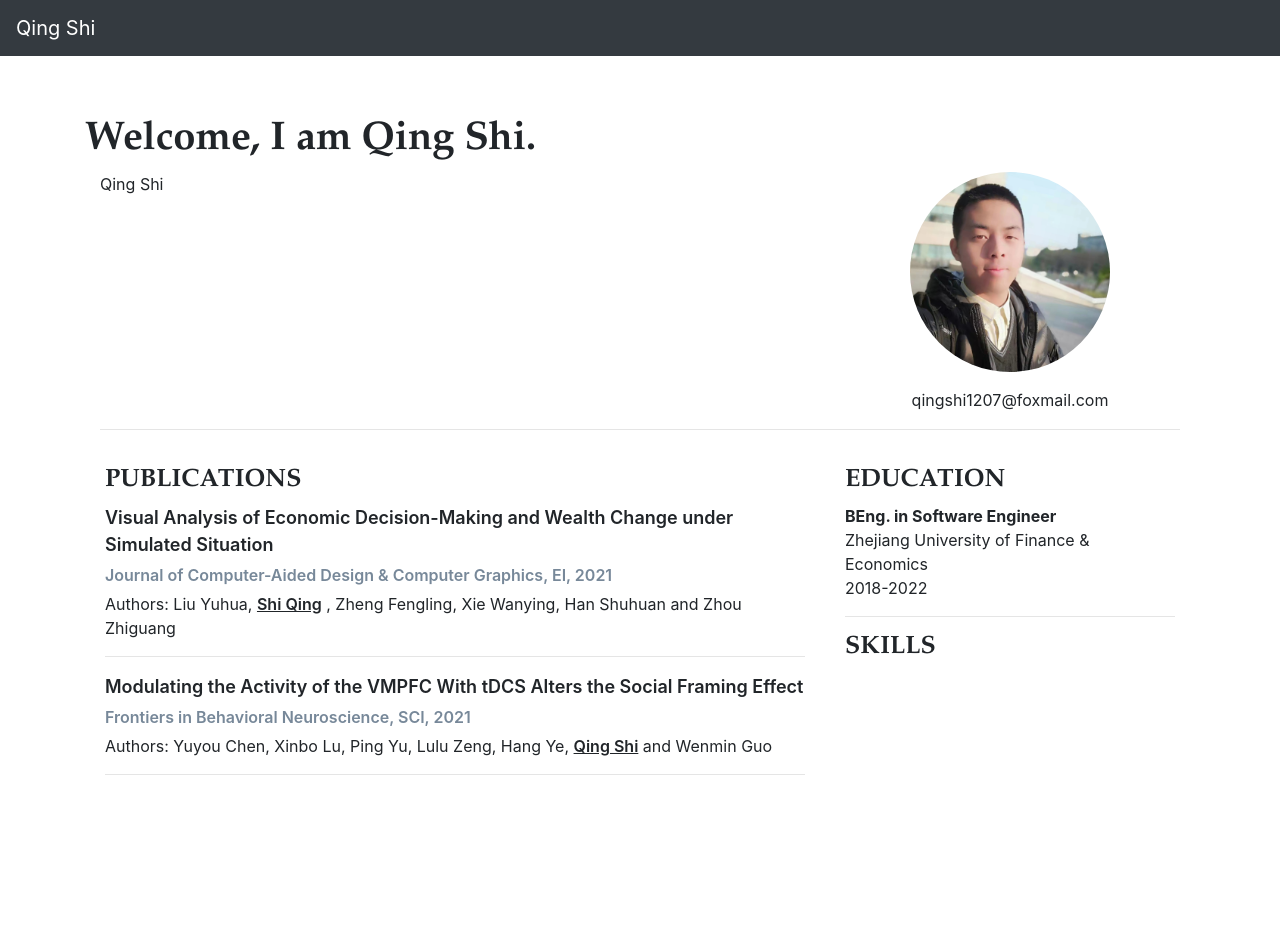
Repository: sqsssq/webpage
Page: index.html
These files come from the project's save history. The page is drawn as it stood at one moment and after the next save; the edit follows.
The browser window is 1280 px wide. The pictures show the whole page.
Some web libraries are served in a nearby version.

Above is the page before, as saved 2022-03-28 10:23:39.

### index.html
<!--
 * @Author: Qing Shi
 * @LastEditTime: 2022-03-28 10:23:39
 * @Knowledge:
 * @Description: my homepage
 * @Attention:
-->
<!doctype html>
<html lang="zh-CN">

<head>
    <!-- 必须的 meta 标签 -->
    <meta charset="utf-8">
    <meta name="viewport" content="width=device-width, initial-scale=1, shrink-to-fit=no">
    <title>Qing Shi</title>

    <!-- 新 Bootstrap4 核心 CSS 文件 -->
    <link rel="stylesheet" href="https://cdn.staticfile.org/twitter-bootstrap/4.3.1/css/bootstrap.min.css">

    <!-- jQuery文件。务必在bootstrap.min.js 之前引入 -->
    <script src="https://cdn.staticfile.org/jquery/3.2.1/jquery.min.js"></script>

    <!-- bootstrap.bundle.min.js 用于弹窗、提示、下拉菜单，包含了 popper.min.js -->
    <script src="https://cdn.staticfile.org/popper.js/1.15.0/umd/popper.min.js"></script>

    <!-- 最新的 Bootstrap4 核心 JavaScript 文件 -->
    <script src="https://cdn.staticfile.org/twitter-bootstrap/4.3.1/js/bootstrap.min.js"></script>

    <link rel="stylesheet" href="css/index.css">
    <link rel="shortcut icon" href="icon/bitbug_favicon.ico" />
</head>

<body>

    <nav class="navbar  navbar-dark bg-dark">
        <a class="navbar-brand" href="#">
            Qing Shi
        </a>

        <!-- <button type="button" class="btn btn-outline-primary">中/EN</button> -->
    </nav>

    <div class="container framework">
        <!-- Image and text -->
        <div class="webHeader row">
            <h1 id="ToptitleFont">Welcome, I am Qing Shi.</h1>
            <!-- <hr> -->
            <div class="webIntroduction col-lg-8">
                Qing Shi
            </div>

            <div class="webPhoto col-lg-4">
                <img src="photo/sq3.jpg">
                <div class="info">
                    <!-- <svg class="svg-inline--fa fa-envelope-square fa-w-14 fa-fw fa-lg mr-2" aria-hidden="true" focusable="false" data-prefix="fas" data-icon="envelope-square" role="img" xmlns="http://www.w3.org/2000/svg" viewBox="0 0 448 512" data-fa-i2svg=""><path fill="currentColor" d="M400 32H48C21.49 32 0 53.49 0 80v352c0 26.51 21.49 48 48 48h352c26.51 0 48-21.49 48-48V80c0-26.51-21.49-48-48-48zM178.117 262.104C87.429 196.287 88.353 196.121 64 177.167V152c0-13.255 10.745-24 24-24h272c13.255 0 24 10.745 24 24v25.167c-24.371 18.969-23.434 19.124-114.117 84.938-10.5 7.655-31.392 26.12-45.883 25.894-14.503.218-35.367-18.227-45.883-25.895zM384 217.775V360c0 13.255-10.745 24-24 24H88c-13.255 0-24-10.745-24-24V217.775c13.958 10.794 33.329 25.236 95.303 70.214 14.162 10.341 37.975 32.145 64.694 32.01 26.887.134 51.037-22.041 64.72-32.025 61.958-44.965 81.325-59.406 95.283-70.199z"></path></svg> -->
                    qingshi1207@foxmail.com
                </div>
            </div>
        </div>
        <hr>
        <div class="webMain row">
            <div class="col-lg-8" style="padding: 20px;">
                <div id="webPublication">
                    <h3 id="titleFont">
                        PUBLICATIONS
                    </h3>
                    <div class="totalPublic">
                        <div class="public">
                            <p class="ptitle">
                                Visual Analysis of Economic Decision-Making and Wealth Change under Simulated Situation
                            </p>

                            <p class="pub">
                                <span class="full">Journal of Computer-Aided Design & Computer Graphics, EI, 2021</span>
                            </p>
                            <p class="pauthor">
                                <span class="author">Authors:&nbsp;Liu Yuhua,</span>
                                <span class="me">Shi Qing</span>
                                <span class="author">, Zheng Fengling, Xie Wanying, Han Shuhuan and Zhou
                                    Zhiguang</span>
                            </p>
                        </div>
                        <hr>
                        <div class="public">
                            <p class="ptitle">
                                Modulating the Activity of the VMPFC With tDCS Alters the Social Framing Effect
                            </p>

                            <p class="pub">
                                <span class="full">Frontiers in Behavioral Neuroscience, SCI, 2021</span>
                            </p>
                            <p class="pauthor">
                                <span class="author">Authors:&nbsp;Yuyou Chen, Xinbo Lu, Ping Yu, Lulu Zeng, Hang Ye,</span>
                                <span class="me">Qing Shi</span>
                                <span class="author"> and Wenmin Guo</span>
                            </p>
                        </div>
                    </div>
                </div>
                <hr>
            </div>
            <div class="col-lg-4" style="padding: 20px;">
                <div id="webEducation">
                    <h3 id="titleFont">
                        <!-- ::before -->
                        EDUCATION
                    </h3>
                    <a style="font-weight: bold;">BEng. in Software Engineer</a>
                    <br>
                    Zhejiang University of Finance & Economics
                    <br>
                    2018-2022
                </div>
                <hr>
                <div id="webSkill">
                    <h3 id="titleFont">SKILLS</h3>
                </div>
            </div>
        </div>
</body>

</html>

### css/index.css
* {
    margin: 0;
    padding: 0;
}

body {
    /* font-family:Georia,serif; */
    background: #ffffff;
    /* font-weight:bold; */
    /* font-size:15px; */
    /* color:#333;
    overflow: hidden; */
    -webkit-font-smoothing: antialiased;
}

.framework {
    /* height: 1000px; */
    margin-top: 30px;
    margin-bottom: 100px;
    padding: 30px 30px 30px 30px;
    width: 90%;
    /* border-color: black; */
    /* border-width: 3px; */
    /* border-style: solid; */
    /* box-shadow: darkgrey 0px 0px 30px 5px ; */
}

/* *, *::before, *::after {
    box-sizing: border-box;
} */

#ToptitleFont {
    /* Garamond */
    font-family: Garamond;
    font-weight: bold;
}

#titleFont {
    /* Garamond */
    font-family: Garamond;
    font-weight: bold;
    font-size: 25px;
}

.public {
}

.public p{
    margin-bottom: 5px;
    line-height: 1.5;

}

.public .ptitle {
    font-weight: 600;
    font-size: 18px;
}

.public .pauthor {
    font-size: 16px;
    font-weight: 400;
}

.public .me {
    font-weight: 600;
    text-decoration: underline;
}
.public .pub {
    display: flex;
    align-items: center;
    flex-wrap: wrap;
}

.public .full {
    font-size: 16px;
    font-weight: 600;
    color: lightslategray;
}

/* #titleFont:before {
    content: "";
    display: inline-block;
    width: 5px;
    height: 100%;
    background: #54b689;
    position: absolute;
    left: 0;
    top: 0;
} */

.webPhoto {
    /* align-items: center; */
    /* background-color: aqua; */
    display: flex;
    flex-direction: column;
    justify-content: center;
    align-items: center;
}

.webPhoto img {
    border-radius: 50%;
}

img {
    vertical-align: middle;
    border-style: none;
    height: 200px;
    width: 200px;
}

.webPhoto .info {
    margin-top: 15px;
    text-align: center;
    line-height: 1.64;
}

/*chrome--------------------------------------------start*/
::-webkit-scrollbar {
    width: 8px;
    height: 8px;
}

/* Track */
::-webkit-scrollbar-track {
    background: #ffffff;
    border-radius: 8px;
}

/* Handle */
::-webkit-scrollbar-thumb {
    background: rgb(201, 201, 202);
    border-radius: 8px;
}

/* Handle on hover */
::-webkit-scrollbar-thumb:hover {
    background: rgb(162, 162, 163);
}

.el-menu::-webkit-scrollbar,
.el-table__body-wrapper::-webkit-scrollbar {
    display: none;
}

.el-menu:hover::-webkit-scrollbar,
.el-table__body-wrapper:hover::-webkit-scrollbar {
    display: block;
}

/*chrome--------------------------------------------end*/

After the next save:
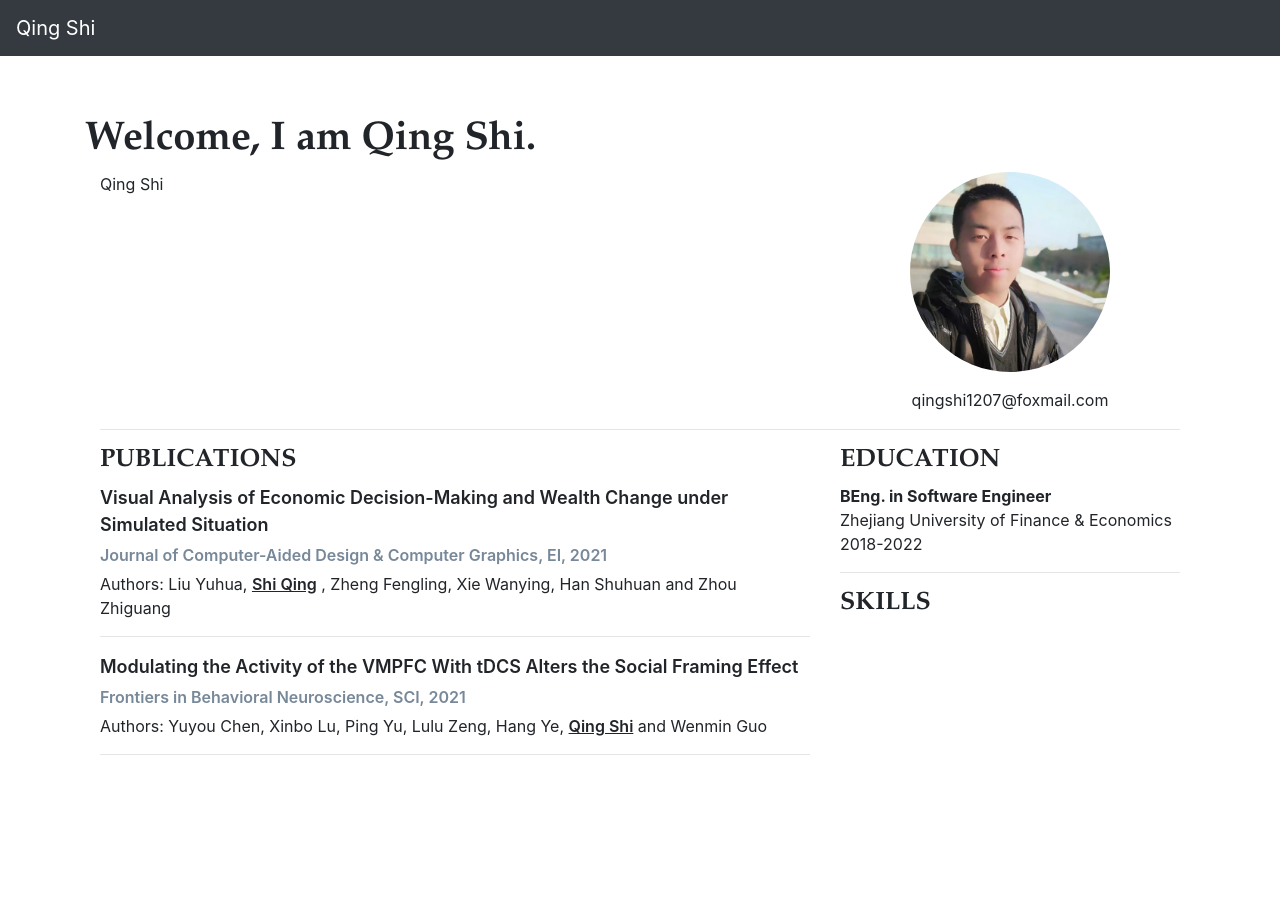
Saved 2 min 23 s later.
--- a/index.html
+++ b/index.html
@@ -1,6 +1,6 @@
 <!--
  * @Author: Qing Shi
- * @LastEditTime: 2022-03-28 10:23:39
+ * @LastEditTime: 2022-03-28 10:26:02
  * @Knowledge:
  * @Description: my homepage
  * @Attention:
@@ -59,7 +59,7 @@
         </div>
         <hr>
         <div class="webMain row">
-            <div class="col-lg-8" style="padding: 20px;">
+            <div class="col-lg-8" style="">
                 <div id="webPublication">
                     <h3 id="titleFont">
                         PUBLICATIONS
@@ -99,7 +99,7 @@
                 </div>
                 <hr>
             </div>
-            <div class="col-lg-4" style="padding: 20px;">
+            <div class="col-lg-4" style="">
                 <div id="webEducation">
                     <h3 id="titleFont">
                         <!-- ::before -->
